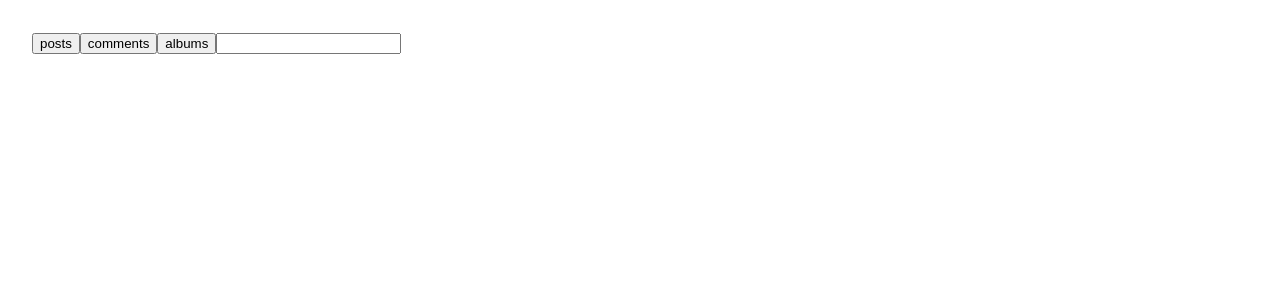
Repository: DungBuiTuan/IGClone
Page: /
An editor plug-in stored every save of this project. The page is shown before and after the next save, followed by the edit.
The browser window is 1280 px wide. The pictures show the whole page.
The page's requests for data from a server got no answer. The project was rebuilt for these pictures with package versions that can differ from the ones it lists, and the page was loaded fresh each time. No one was signed in, and anything a server would have sent is missing. Also part of the build but not shown: src/App.css.

Above is the page before, as saved 2023-04-13 22:08:16.

### src/App.js
import React from 'react'
import './App.css'
// import Header from './component/Header/Header';
import { useEffect } from 'react'
import { useState } from 'react'
// function App() {
//   return (
//     <div className="App">
//       {/*Header*/}
//       <Header/>
//     </div>
//   );
// }
const tab = ['posts','comments','albums']

function App () {
  const [title, setTitle] = useState('')
  const [post, setPost] = useState([])
  const [type,setType]  = useState('posts')

  useEffect(() => {
    fetch(`https://jsonplaceholder.typicode.com/${type}`)
      .then(response => response.json())
      .then(post => setPost(post))
  }, [type])
  return (
    <div style={{ padding: 32 }}>
      {tab.map(tab =>(
        <button key={tab}>
        {tab}
        </button>
      ))}
      <input value={title} onChange={e => setTitle(e.target.value)} />
      <ul>
        {post.map(posts => (
          <li key={posts.id}>{posts.title}</li>
        ))}
      </ul>
    </div>
  )
}

export default App

Loaded but not shown: public/index.html (common file); src/index.js (common file); src/index.css (common file); src/reportWebVitals.js (common file)

After the next save:
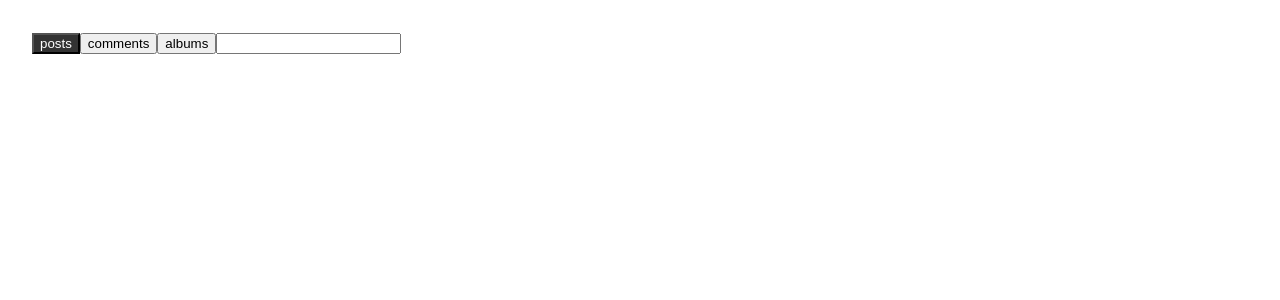
Saved 3 min 14 s later.
--- a/src/App.js
+++ b/src/App.js
@@ -26,7 +26,13 @@ function App () {
   return (
     <div style={{ padding: 32 }}>
       {tab.map(tab =>(
-        <button key={tab}>
+        <button
+        style={type === tab ?{
+          color:'#fff',
+          backgroundColor:'#333',
+        }:{}}
+        onClick={() => setType(type)}
+        key={tab}>
         {tab}
         </button>
       ))}
